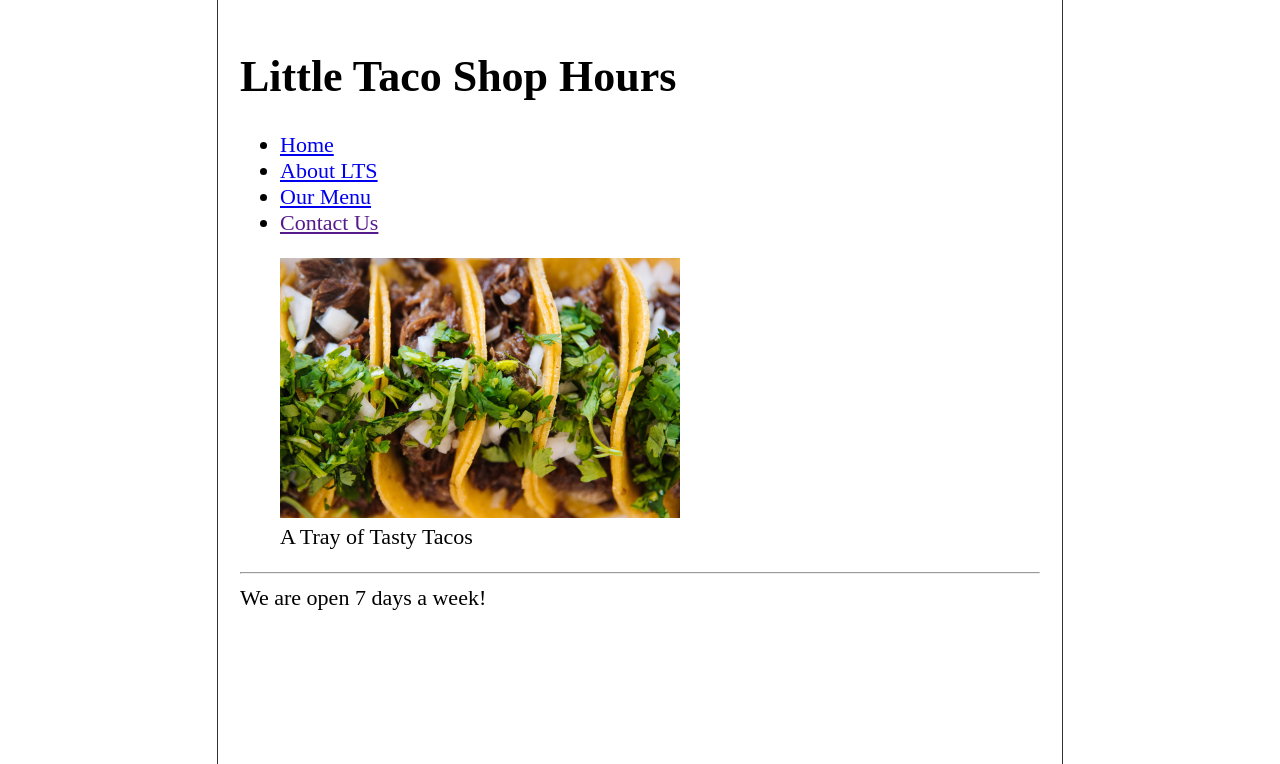
Repository: Israa-Odeh/html-basics-project
Page: hours.html
An editor plug-in stored every save of this project. The page is shown before and after a run of saves, followed by the edit.
The browser window is 1280 px wide. The pictures show the whole page.

Above is the page before, as saved 2024-08-20 02:39:07.

After the next 2 saves:
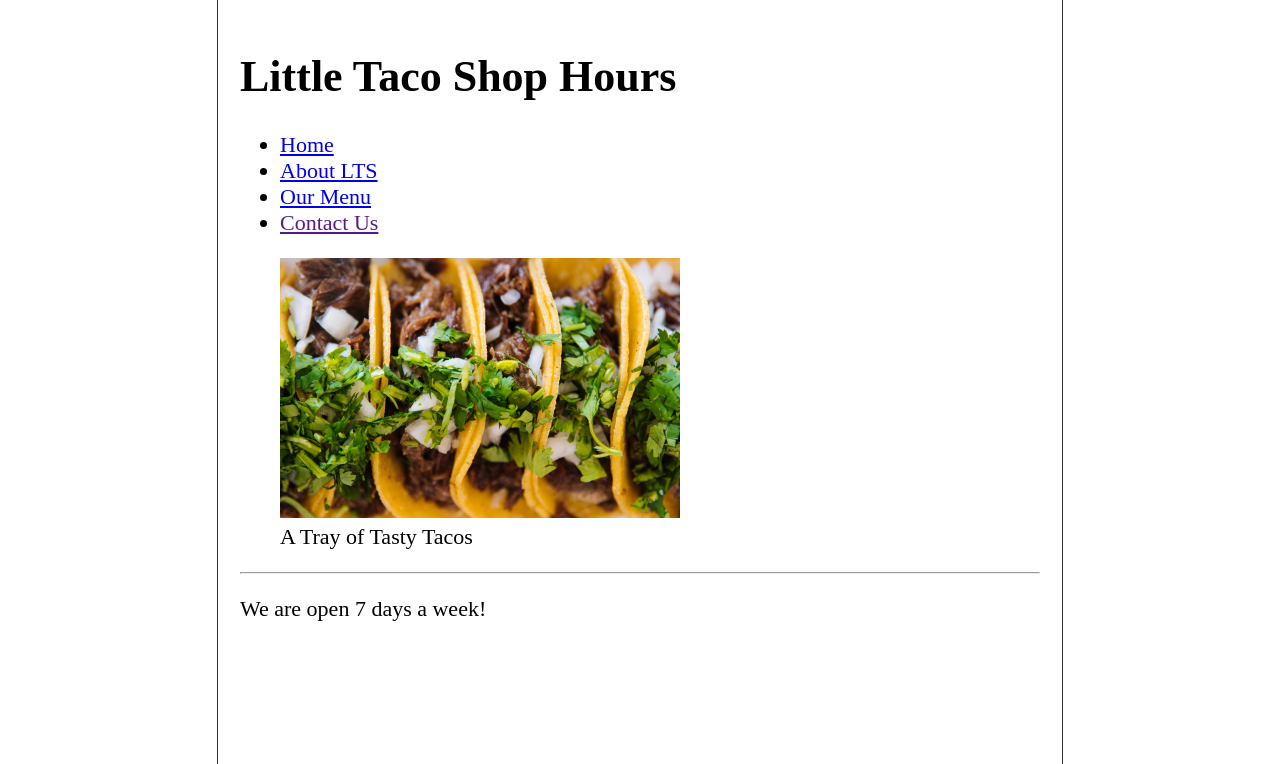
The 2 saves are shown as one change because they came seconds apart.
The last was saved 9 s later.
--- a/hours.html
+++ b/hours.html
@@ -40,7 +40,7 @@
     <hr>
 
     <main>
-        We are open 7 days a week!
+        <p>We are open 7 days a week!</p>
 
         <dl>
         </dl>
